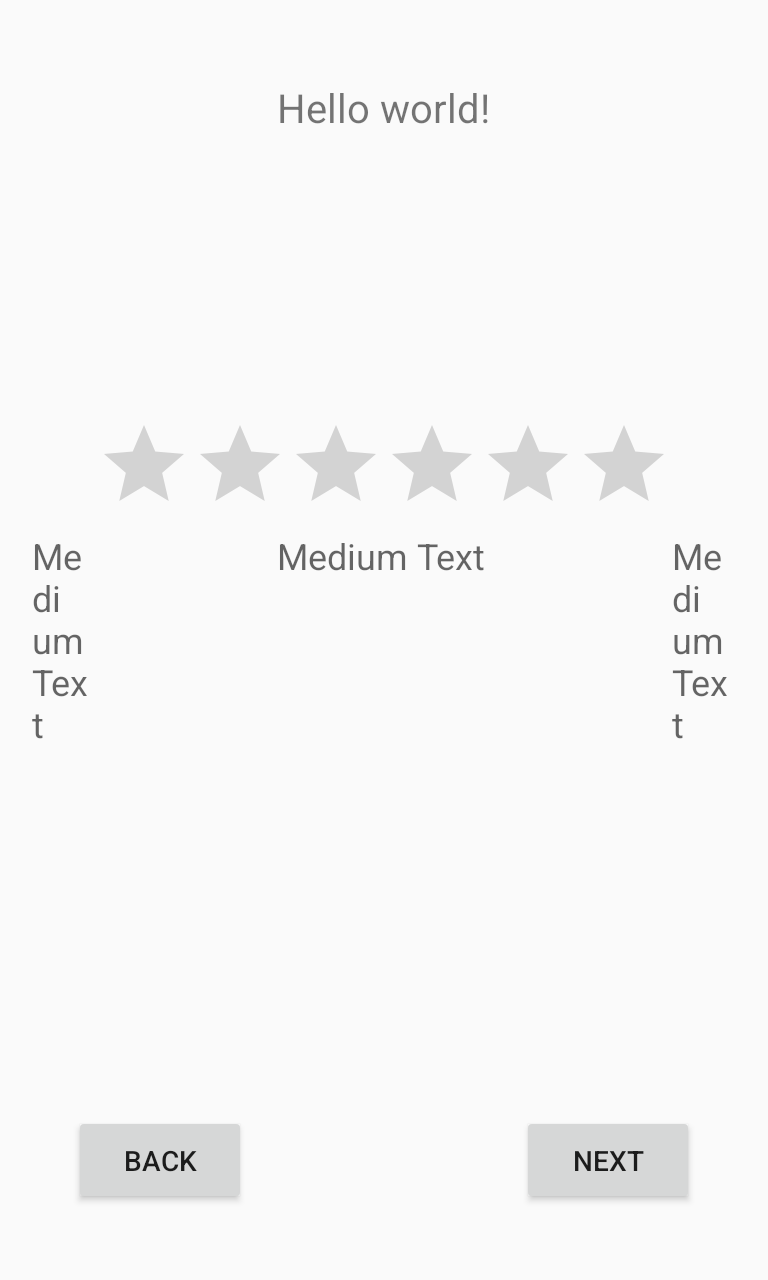
Repository: stevelyall/ERapp
Layout: ERsurvey/res/layout/activity_survey.xml
These files come from the project's save history. The layout is drawn as it stood at one moment and after the next save; the edit follows.
It is drawn on a 768 x 1280 px phone screen (xhdpi) without system bars, with theme AppTheme; the app's code is not run.

Above is the layout before, as saved 2014-10-25 06:40:07.

After the next save:
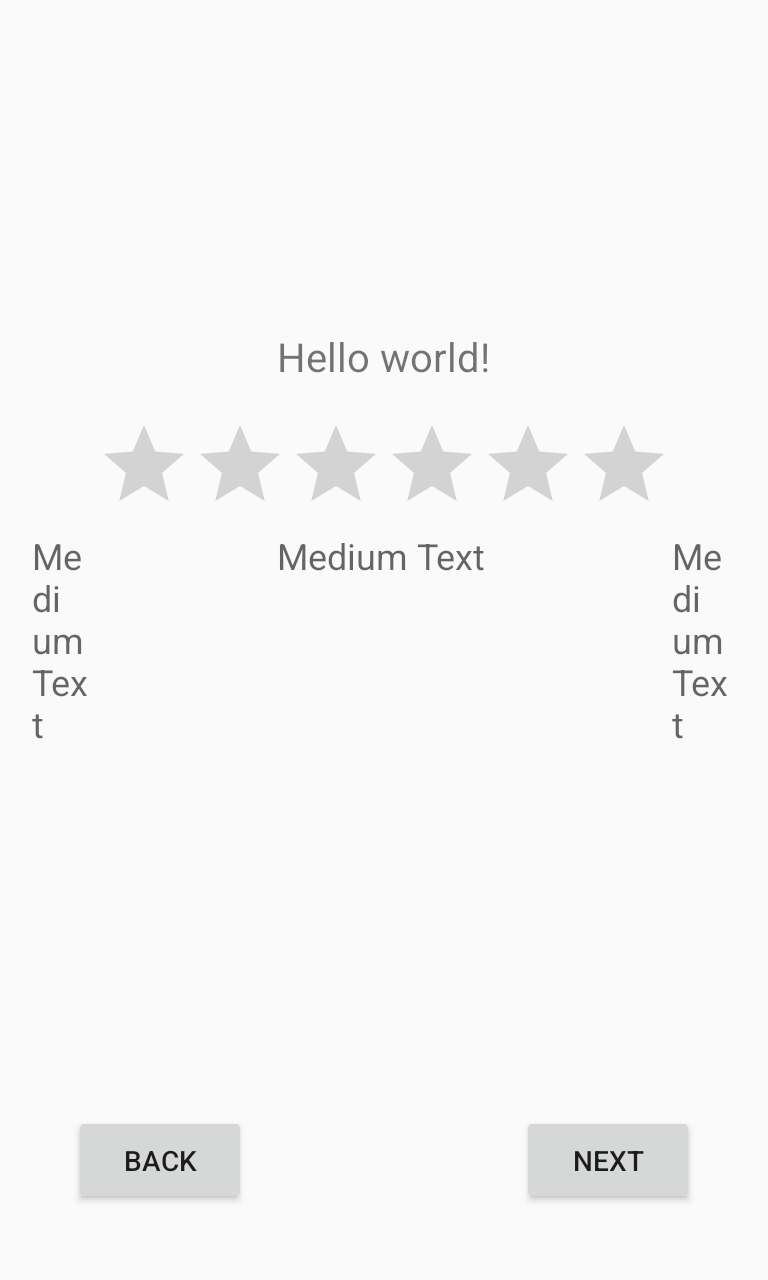
Saved 23 s later.
--- a/ERsurvey/res/layout/activity_survey.xml
+++ b/ERsurvey/res/layout/activity_survey.xml
@@ -27,16 +27,6 @@
         android:layout_alignParentRight="true"
         android:layout_marginRight="20dp"
         android:text="@string/next" />
-
-    <TextView
-        android:id="@+id/questionTextView"
-        android:layout_width="wrap_content"
-        android:layout_height="wrap_content"
-        android:layout_alignParentTop="true"
-        android:layout_centerHorizontal="true"
-        android:layout_marginTop="24dp"
-        android:text="@string/hello_world"
-        android:textSize="20sp" />
 
     <RatingBar
         android:id="@+id/rating"
@@ -75,4 +65,14 @@
         android:text="Medium Text"
         android:textAppearance="?android:attr/textAppearanceMedium" />
 
+    <TextView
+        android:id="@+id/questionTextView"
+        android:layout_width="wrap_content"
+        android:layout_height="wrap_content"
+        android:layout_above="@+id/rating"
+        android:layout_centerHorizontal="true"
+        android:layout_marginBottom="17dp"
+        android:text="@string/hello_world"
+        android:textSize="20sp" />
+
 </RelativeLayout>
